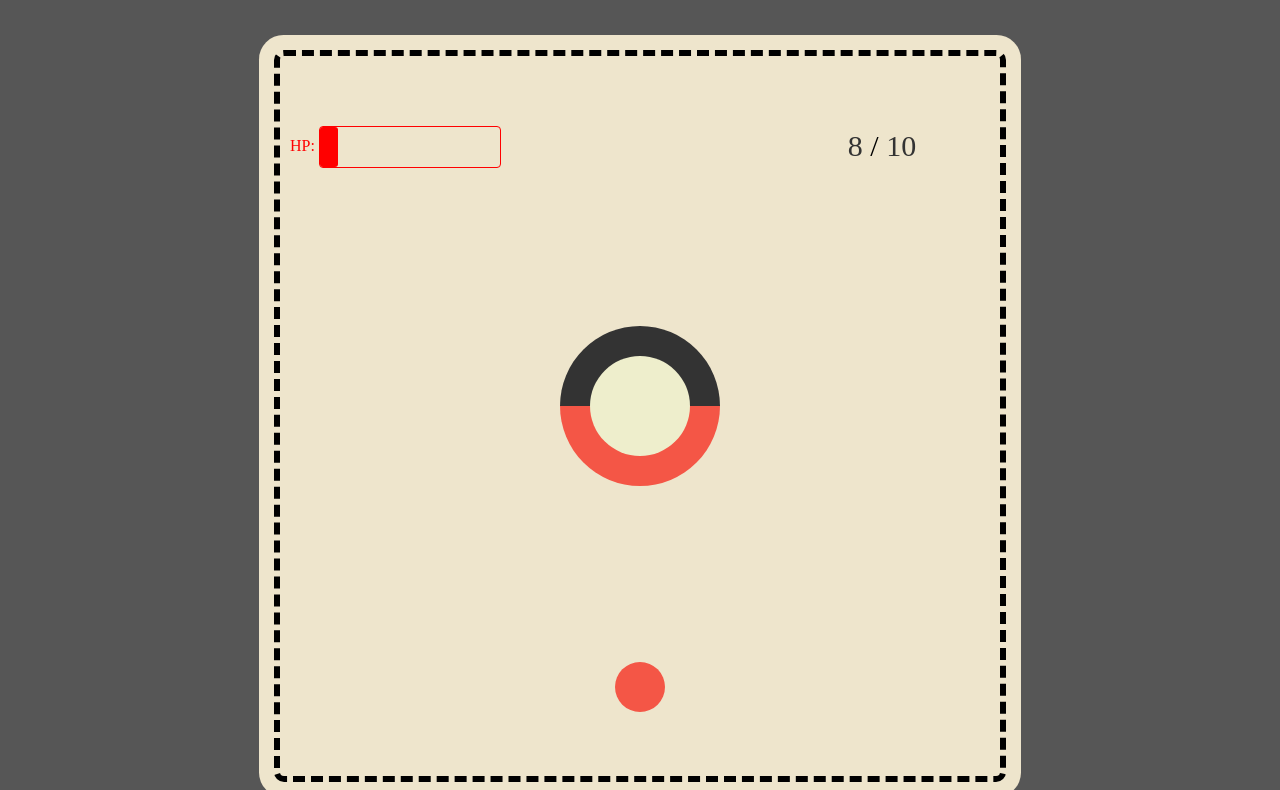
Repository: EEETA/ball-game
Page: theBall2/index.html
The author's editor kept a copy of each file at every save. The page is drawn from the files as they stood at one save, then again after the next save.
The browser window is 1280 px wide. The pictures show the whole page.
After loading, the first visible `button.start` was clicked once.

Above is the page before, as saved 2018-07-29 17:05:25.

After the next save:
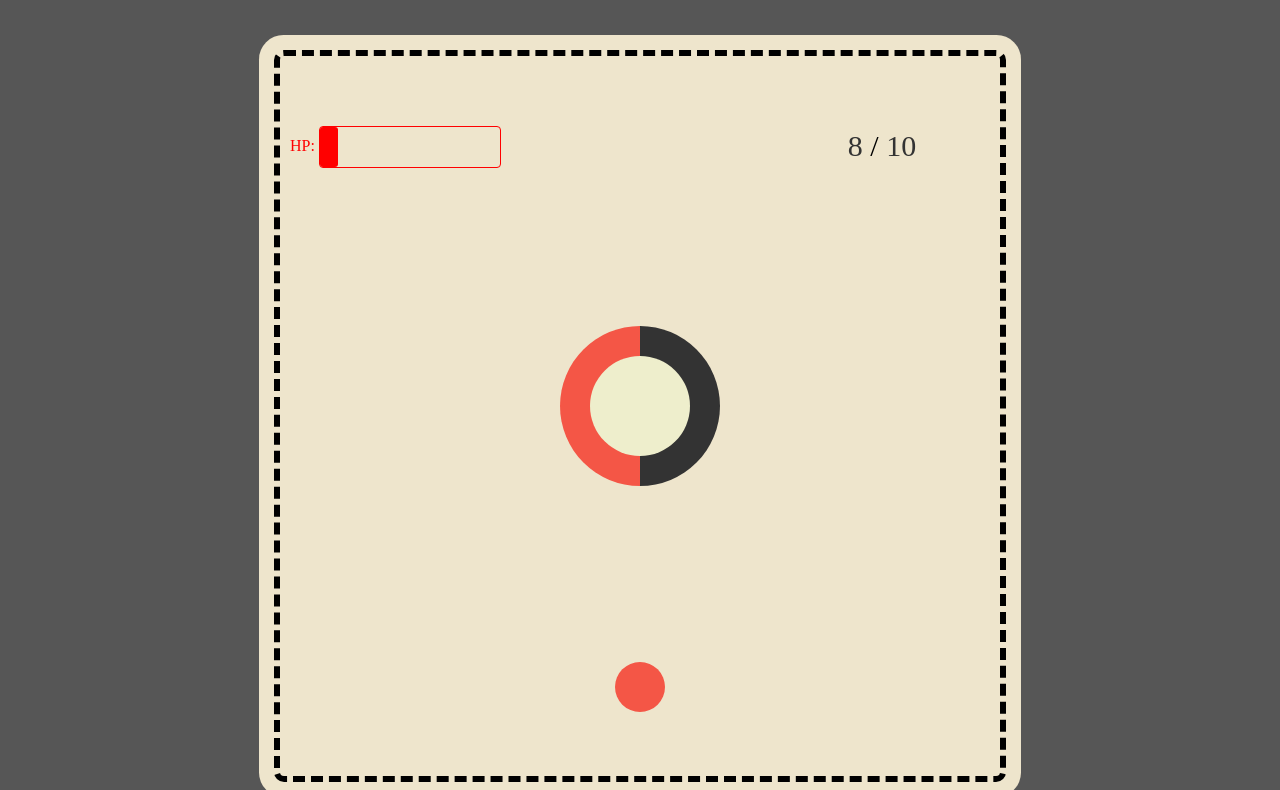
Saved 6 s later.
--- a/theBall2/js/index.js
+++ b/theBall2/js/index.js
@@ -109,7 +109,7 @@
      	$('.ball').animate({top:'210px'},500,function(){
             $(this).removeClass("ballZhuan");
             if(numberMode!=2){
-            	$(this).rotate({animateTo:-180,duration:600});
+            	$(this).rotate({animateTo:-90,duration:600});
             	numList=-180;
             }
             // else if(numberMode==2&&switch_2==0){

After the save that followed:
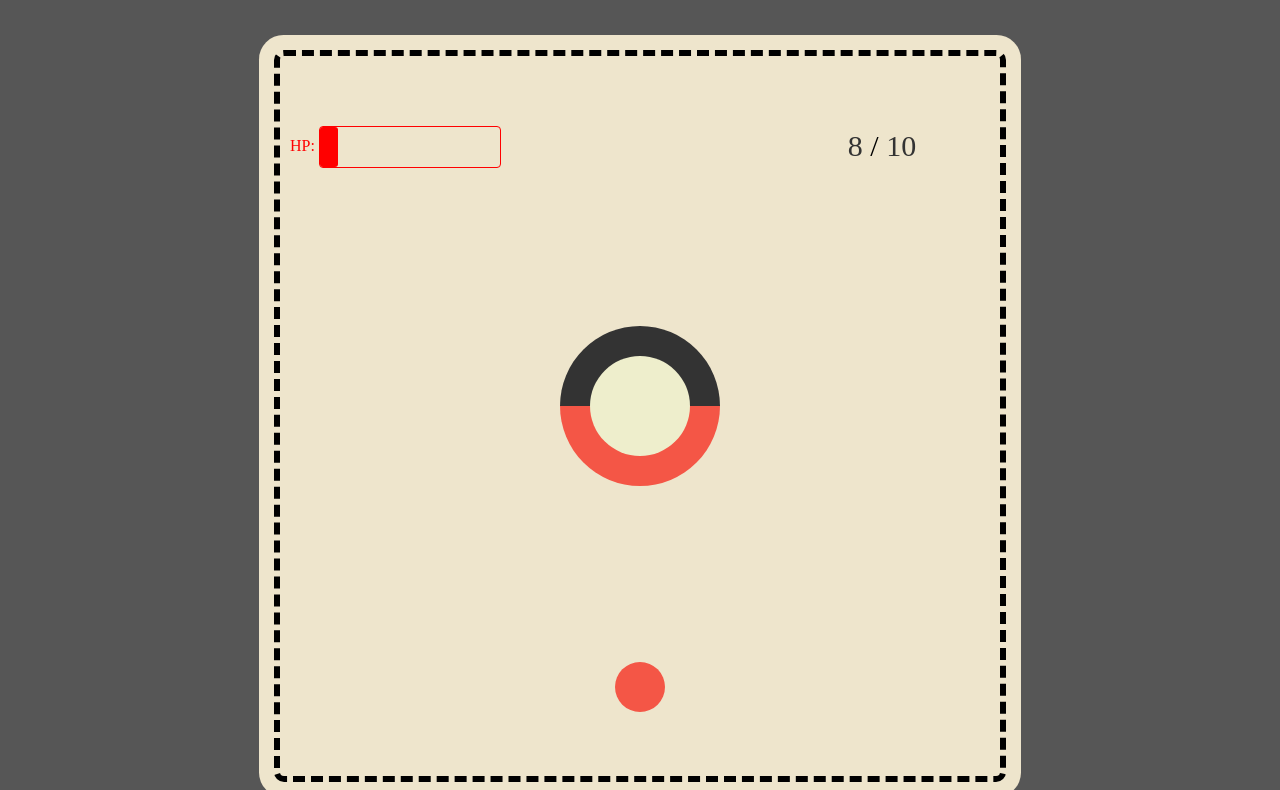
Saved 20 s later.
--- a/theBall2/js/index.js
+++ b/theBall2/js/index.js
@@ -109,7 +109,7 @@
      	$('.ball').animate({top:'210px'},500,function(){
             $(this).removeClass("ballZhuan");
             if(numberMode!=2){
-            	$(this).rotate({animateTo:-90,duration:600});
+            	$(this).rotate({animateTo:-180,duration:600});
             	numList=-180;
             }
             // else if(numberMode==2&&switch_2==0){
